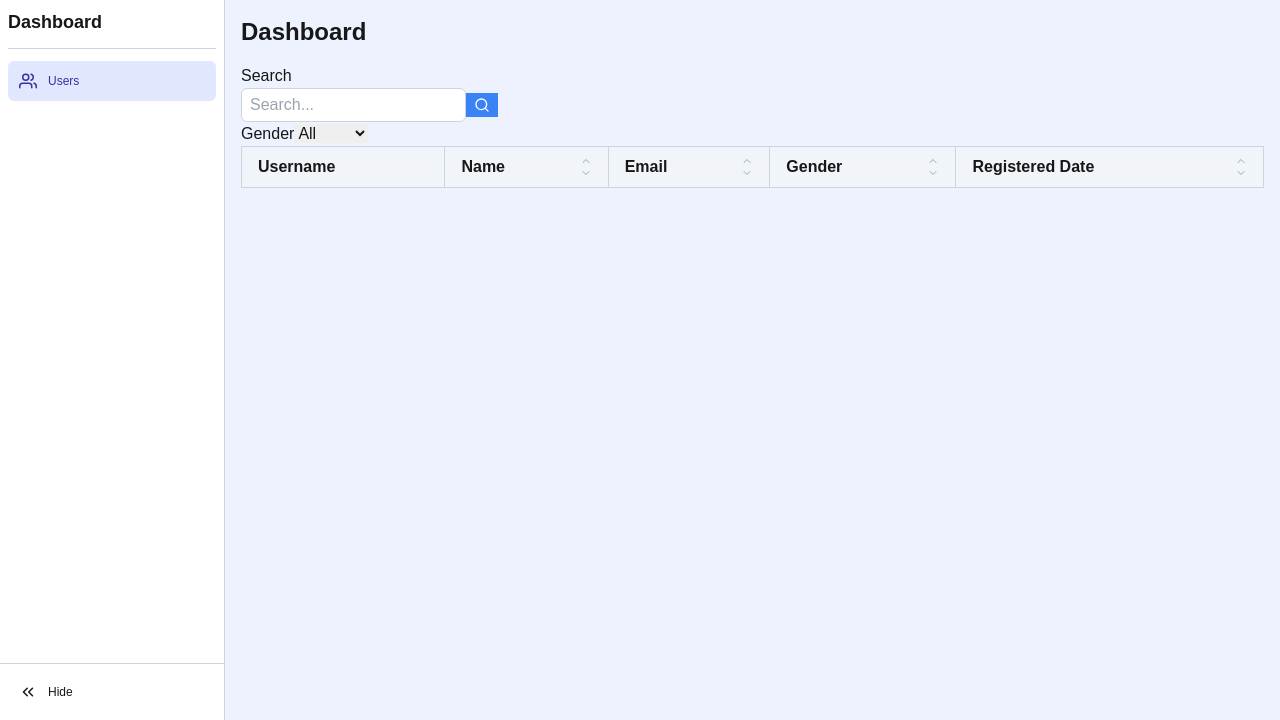
Repository: Ademaulana100499/userdashboard
Page: /
An editor plug-in stored every save of this project. The page is shown before and after the next save, followed by the edit.
The browser window is 1280 px wide. The pictures show the whole page.
The page's requests for data from a server got no answer. The project was rebuilt for these pictures with package versions that can differ from the ones it lists, and the page was loaded fresh each time. The framework's server and built-in components were replaced by stand-ins that run in the browser. No one was signed in, and anything a server would have sent is missing. Also part of the build but not shown: next.config.mjs.

Above is the page before, as saved 2025-02-14 21:36:48.

### src/pages/index.js
import React from "react";
import Sidebar from "@/components/Sidebar";
import DashboardContent from "@/components/DashboardContent";
const Dashboard = () => {
  return (
    <div className="flex bg-indigo-50">
      <Sidebar />
      <DashboardContent />
    </div>
  );
};

export default Dashboard;

### src/components/Sidebar.jsx
import React, { useState } from "react";
import { FiChevronsRight, FiUsers } from "react-icons/fi";
import { motion } from "framer-motion";
const Sidebar = () => {
  const [open, setOpen] = useState(true);
  const [selected, setSelected] = useState("Users");

  return (
    <motion.nav
      layout
      className="sticky top-0 h-screen shrink-0 border-r border-slate-300 bg-white p-2"
      style={{
        width: open ? "225px" : "fit-content",
      }}>
      <TitleSection open={open} />

      <div className="space-y-1">
        <Option
          Icon={FiUsers}
          title="Users"
          selected={selected}
          setSelected={setSelected}
          open={open}
        />
      </div>

      <ToggleClose open={open} setOpen={setOpen} />
    </motion.nav>
  );
};

const Option = ({ Icon, title, selected, setSelected, open, notifs }) => {
  return (
    <motion.button
      layout
      onClick={() => setSelected(title)}
      className={`relative flex h-10 w-full items-center rounded-md transition-colors ${
        selected === title
          ? "bg-indigo-100 text-indigo-800"
          : "text-slate-500 hover:bg-slate-100"
      }`}>
      <motion.div
        layout
        className="grid h-full w-10 place-content-center text-lg">
        <Icon />
      </motion.div>
      {open && (
        <motion.span
          layout
          initial={{ opacity: 0, y: 12 }}
          animate={{ opacity: 1, y: 0 }}
          transition={{ delay: 0.125 }}
          className="text-xs font-medium">
          {title}
        </motion.span>
      )}

      {notifs && open && (
        <motion.span
          initial={{ scale: 0, opacity: 0 }}
          animate={{
            opacity: 1,
            scale: 1,
          }}
          style={{ y: "-50%" }}
          transition={{ delay: 0.5 }}
          className="absolute right-2 top-1/2 size-4 rounded bg-indigo-500 text-xs text-white">
          {notifs}
        </motion.span>
      )}
    </motion.button>
  );
};

const TitleSection = ({ open }) => {
  return (
    <div className="mb-3 border-b border-slate-300 pb-3">
      <div className="flex cursor-pointer items-center justify-between rounded-md transition-colors hover:bg-slate-100">
        <div className="flex justify-center items-center">
          {open && (
            <motion.div
              layout
              initial={{ opacity: 0, y: 12 }}
              animate={{ opacity: 1, y: 0 }}
              transition={{ delay: 0.125 }}>
              <span className="block text-lg font-semibold">Dashboard</span>
            </motion.div>
          )}
        </div>
      </div>
    </div>
  );
};

const ToggleClose = ({ open, setOpen }) => {
  return (
    <motion.button
      layout
      onClick={() => setOpen((pv) => !pv)}
      className="absolute bottom-0 left-0 right-0 border-t border-slate-300 transition-colors hover:bg-slate-100">
      <div className="flex items-center p-2">
        <motion.div
          layout
          className="grid size-10 place-content-center text-lg">
          <FiChevronsRight
            className={`transition-transform ${open && "rotate-180"}`}
          />
        </motion.div>
        {open && (
          <motion.span
            layout
            initial={{ opacity: 0, y: 12 }}
            animate={{ opacity: 1, y: 0 }}
            transition={{ delay: 0.125 }}
            className="text-xs font-medium">
            Hide
          </motion.span>
        )}
      </div>
    </motion.button>
  );
};

export default Sidebar;

### src/components/DashboardContent.jsx
import { FiChevronUp, FiChevronDown } from "react-icons/fi";
import { useState, useEffect } from "react";
import { FiSearch } from "react-icons/fi";

const DashboardContent = () => {
  const [data, setData] = useState([]);
  const [sortConfig, setSortConfig] = useState({ key: null, direction: null });
  const [selectedGender, setSelectedGender] = useState("all");
  const [keyword, setKeyword] = useState(""); // Track search keyword

  const fetchData = async (gender, keyword) => {
    try {
      const response = await fetch(
        `https://randomuser.me/api/?page=1&pageSize=10&results=10&keyword=${keyword}`
      );
      const result = await response.json();
      setData(result.results);
    } catch (error) {
      console.error("Error fetching data:", error);
    }
  };

  useEffect(() => {
    fetchData(selectedGender, keyword); // Fetch data with gender and keyword
  }, [selectedGender, keyword]);

  const handleSort = (key) => {
    let direction = "asc";
    if (sortConfig.key === key && sortConfig.direction === "asc") {
      direction = "desc";
    }
    setSortConfig({ key, direction });

    setData((prevData) =>
      [...prevData].sort((a, b) => {
        const valueA = getNestedValue(a, key);
        const valueB = getNestedValue(b, key);

        if (valueA < valueB) return direction === "asc" ? -1 : 1;
        if (valueA > valueB) return direction === "asc" ? 1 : -1;
        return 0;
      })
    );
  };

  const getNestedValue = (obj, path) => {
    return path
      .split(".")
      .reduce((acc, key) => (acc && acc[key] ? acc[key] : ""), obj);
  };

  const getSortIconStyle = (key) => {
    return sortConfig.key === key ? "text-black" : "text-gray-400";
  };

  return (
    <div className="flex-1 p-4">
      <h1 className="text-2xl font-semibold mb-4">Dashboard</h1>
      <div>
        <label htmlFor="search">Search</label>
        <div className="flex items-center">
          <input
            type="text"
            id="search"
            placeholder="Search..."
            className="border border-slate-300 rounded-md px-2 py-1"
            value={keyword}
            onChange={(e) => setKeyword(e.target.value)} // Update search keyword
          />
          <button
            type="submit"
            className="bg-blue-500 text-white px-2 py-1"
            onClick={() => fetchData(selectedGender, keyword)} // Trigger fetch with current keyword
          >
            <FiSearch />
          </button>
        </div>
      </div>
      <div>
        <label htmlFor="gender">Gender</label>
        <select
          name="gender"
          id="gender"
          value={selectedGender}
          onChange={(e) => setSelectedGender(e.target.value)} // Update selected gender
        >
          <option value="all">All</option>
          <option value="male">Male</option>
          <option value="female">Female</option>
        </select>
      </div>
      <table className="min-w-full table-auto border-collapse border border-slate-300">
        <thead>
          <tr className="bg-slate-100">
            <th className="border border-slate-300 px-4 py-2 text-left">
              Username
            </th>
            <th className="border border-slate-300 px-4 py-2 text-left">
              <div className="flex justify-between items-center">
                <span>Name</span>
                <div className="flex flex-col items-center">
                  <FiChevronUp
                    onClick={() => handleSort("name.first")}
                    className={`text-xs cursor-pointer ${getSortIconStyle(
                      "name.first"
                    )}`}
                  />
                  <FiChevronDown
                    onClick={() => handleSort("name.first")}
                    className={`text-xs cursor-pointer ${getSortIconStyle(
                      "name.first"
                    )}`}
                  />
                </div>
              </div>
            </th>
            <th className="border border-slate-300 px-4 py-2 text-left">
              <div className="flex justify-between items-center">
                <span>Email</span>
                <div className="flex flex-col items-center">
                  <FiChevronUp
                    onClick={() => handleSort("email")}
                    className={`text-xs cursor-pointer ${getSortIconStyle(
                      "email"
                    )}`}
                  />
                  <FiChevronDown
                    onClick={() => handleSort("email")}
                    className={`text-xs cursor-pointer ${getSortIconStyle(
                      "email"
                    )}`}
                  />
                </div>
              </div>
            </th>
            <th className="border border-slate-300 px-4 py-2 text-left">
              <div className="flex justify-between items-center">
                <span>Gender</span>
                <div className="flex flex-col items-center">
                  <FiChevronUp
                    onClick={() => handleSort("gender")}
                    className={`text-xs cursor-pointer ${getSortIconStyle(
                      "gender"
                    )}`}
                  />
                  <FiChevronDown
                    onClick={() => handleSort("gender")}
                    className={`text-xs cursor-pointer ${getSortIconStyle(
                      "gender"
                    )}`}
                  />
                </div>
              </div>
            </th>
            <th className="border border-slate-300 px-4 py-2 text-left">
              <div className="flex justify-between items-center">
                <span>Registered Date</span>
                <div className="flex flex-col items-center">
                  <FiChevronUp
                    onClick={() => handleSort("registered.date")}
                    className={`text-xs cursor-pointer ${getSortIconStyle(
                      "registered.date"
                    )}`}
                  />
                  <FiChevronDown
                    onClick={() => handleSort("registered.date")}
                    className={`text-xs cursor-pointer ${getSortIconStyle(
                      "registered.date"
                    )}`}
                  />
                </div>
              </div>
            </th>
          </tr>
        </thead>
        <tbody>
          {data.map((user, index) => (
            <tr key={index} className="hover:bg-slate-50">
              <td className="border border-slate-300 px-4 py-2">
                {user.login.username}
              </td>
              <td className="border border-slate-300 px-4 py-2">
                {user.name.title} {user.name.first} {user.name.last}
              </td>
              <td className="border border-slate-300 px-4 py-2">
                {user.email}
              </td>
              <td className="border border-slate-300 px-4 py-2">
                {user.gender}
              </td>
              <td className="border border-slate-300 px-4 py-2">
                {new Date(user.registered.date)
                  .toLocaleString("id-ID", {
                    day: "2-digit",
                    month: "2-digit",
                    year: "numeric",
                    hour: "2-digit",
                    minute: "2-digit",
                  })
                  .replace(",", "")
                  .replace("/", "-")
                  .replace("/", "-")
                  .replace(".", ":")}
              </td>
            </tr>
          ))}
        </tbody>
      </table>
    </div>
  );
};

export default DashboardContent;

Loaded but not shown: src/pages/_app.js (common file); src/pages/_document.js (common file); src/styles/globals.css (common file); tailwind.config.mjs (common file)

After the next save:
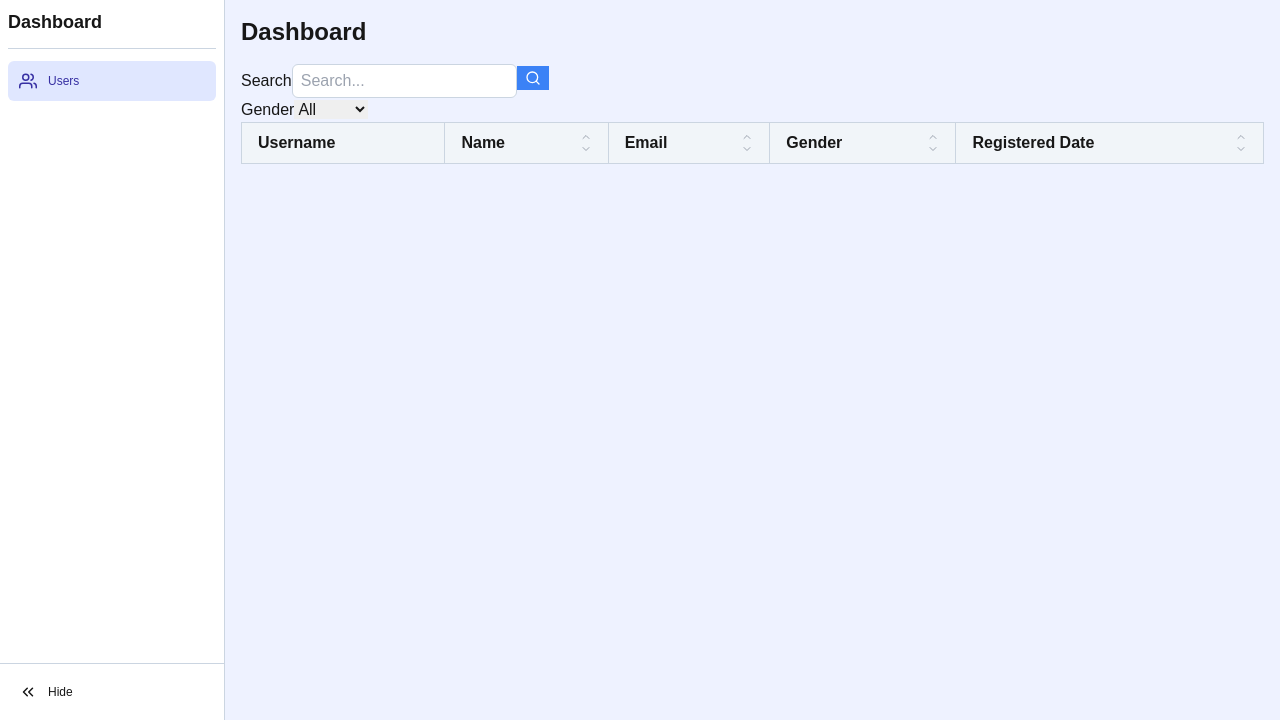
Saved 42 s later.
--- a/src/components/DashboardContent.jsx
+++ b/src/components/DashboardContent.jsx
@@ -4,25 +4,37 @@ import { FiSearch } from "react-icons/fi";
 
 const DashboardContent = () => {
   const [data, setData] = useState([]);
+  const [filteredData, setFilteredData] = useState([]); // For filtered data
   const [sortConfig, setSortConfig] = useState({ key: null, direction: null });
   const [selectedGender, setSelectedGender] = useState("all");
-  const [keyword, setKeyword] = useState(""); // Track search keyword
-
-  const fetchData = async (gender, keyword) => {
+  const [searchKeyword, setSearchKeyword] = useState(""); // For search keyword
+
+  const fetchData = async (gender) => {
     try {
       const response = await fetch(
-        `https://randomuser.me/api/?page=1&pageSize=10&results=10&keyword=${keyword}`
+        `https://randomuser.me/api/?page=1&pageSize=10&results=10&gender=${gender}`
       );
       const result = await response.json();
       setData(result.results);
+      setFilteredData(result.results); // Initialize filteredData with all data
     } catch (error) {
       console.error("Error fetching data:", error);
     }
   };
 
   useEffect(() => {
-    fetchData(selectedGender, keyword); // Fetch data with gender and keyword
-  }, [selectedGender, keyword]);
+    fetchData(selectedGender);
+  }, [selectedGender]);
+
+  useEffect(() => {
+    // Filter data based on searchKeyword
+    const filtered = data.filter((user) =>
+      `${user.name.first} ${user.name.last}`
+        .toLowerCase()
+        .includes(searchKeyword.toLowerCase())
+    );
+    setFilteredData(filtered);
+  }, [searchKeyword, data]); // Re-filter data when searchKeyword or data changes
 
   const handleSort = (key) => {
     let direction = "asc";
@@ -31,7 +43,7 @@ const DashboardContent = () => {
     }
     setSortConfig({ key, direction });
 
-    setData((prevData) =>
+    setFilteredData((prevData) =>
       [...prevData].sort((a, b) => {
         const valueA = getNestedValue(a, key);
         const valueB = getNestedValue(b, key);
@@ -58,23 +70,17 @@ const DashboardContent = () => {
       <h1 className="text-2xl font-semibold mb-4">Dashboard</h1>
       <div>
         <label htmlFor="search">Search</label>
-        <div className="flex items-center">
-          <input
-            type="text"
-            id="search"
-            placeholder="Search..."
-            className="border border-slate-300 rounded-md px-2 py-1"
-            value={keyword}
-            onChange={(e) => setKeyword(e.target.value)} // Update search keyword
-          />
-          <button
-            type="submit"
-            className="bg-blue-500 text-white px-2 py-1"
-            onClick={() => fetchData(selectedGender, keyword)} // Trigger fetch with current keyword
-          >
-            <FiSearch />
-          </button>
-        </div>
+        <input
+          type="text"
+          id="search"
+          value={searchKeyword}
+          onChange={(e) => setSearchKeyword(e.target.value)} // Update search keyword
+          placeholder="Search..."
+          className="border border-slate-300 rounded-md px-2 py-1"
+        />
+        <button type="submit" className="bg-blue-500 text-white px-2 py-1">
+          <FiSearch />
+        </button>
       </div>
       <div>
         <label htmlFor="gender">Gender</label>
@@ -174,7 +180,7 @@ const DashboardContent = () => {
           </tr>
         </thead>
         <tbody>
-          {data.map((user, index) => (
+          {filteredData.map((user, index) => (
             <tr key={index} className="hover:bg-slate-50">
               <td className="border border-slate-300 px-4 py-2">
                 {user.login.username}
